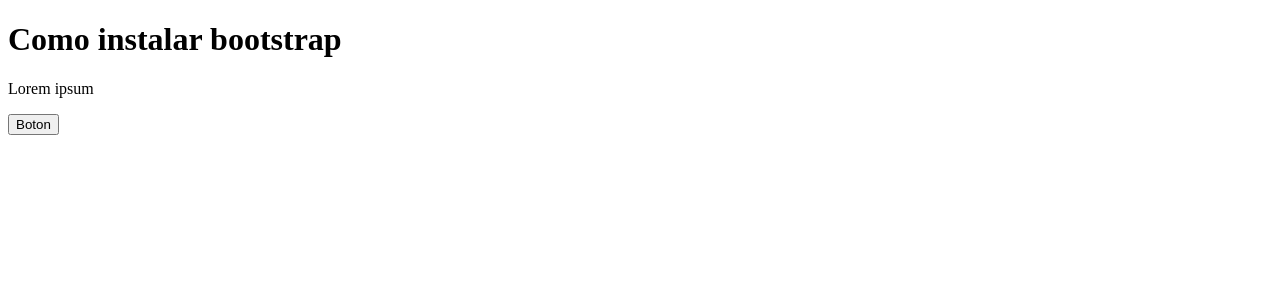
Repository: Hrotgarion1/jose
Page: index.html
The author's editor kept a copy of each file at every save. The page is drawn from the files as they stood at one save, then again after the next save.
The browser window is 1280 px wide. The pictures show the whole page.

Above is the page before, as saved 2020-09-25 08:12:24.

### index.html
<!DOCTYPE html>
<html lang="en">
<head>
    <meta charset="UTF-8">
    <meta name="viewport" content="width=device-width, user-scalable=no, initial-scale=1.0, maximum-scale=1.0, minimum-scale=1.0">
    <title>Tutorial</title>
</head>
<body>
    <div class="container">
        <h1>Como instalar bootstrap</h1>
        <p>Lorem ipsum</p>
        <button class="btn btn-primary">Boton</button>


    </div>



</body>
</html>

Loaded but not shown: css/bootstrap.min.css (library)

After the next save:
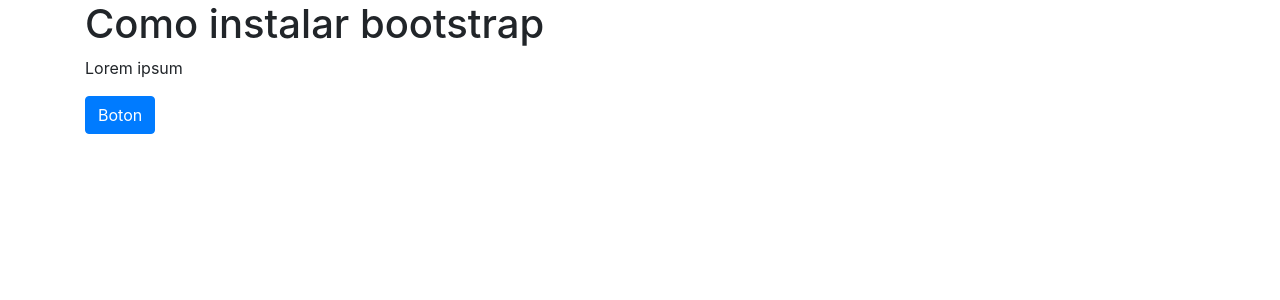
Saved 2 min 12 s later.
--- a/index.html
+++ b/index.html
@@ -4,6 +4,7 @@
     <meta charset="UTF-8">
     <meta name="viewport" content="width=device-width, user-scalable=no, initial-scale=1.0, maximum-scale=1.0, minimum-scale=1.0">
     <title>Tutorial</title>
+    <link rel="stylesheet" href="css/bootstrap.min.css"
 </head>
 <body>
     <div class="container">
